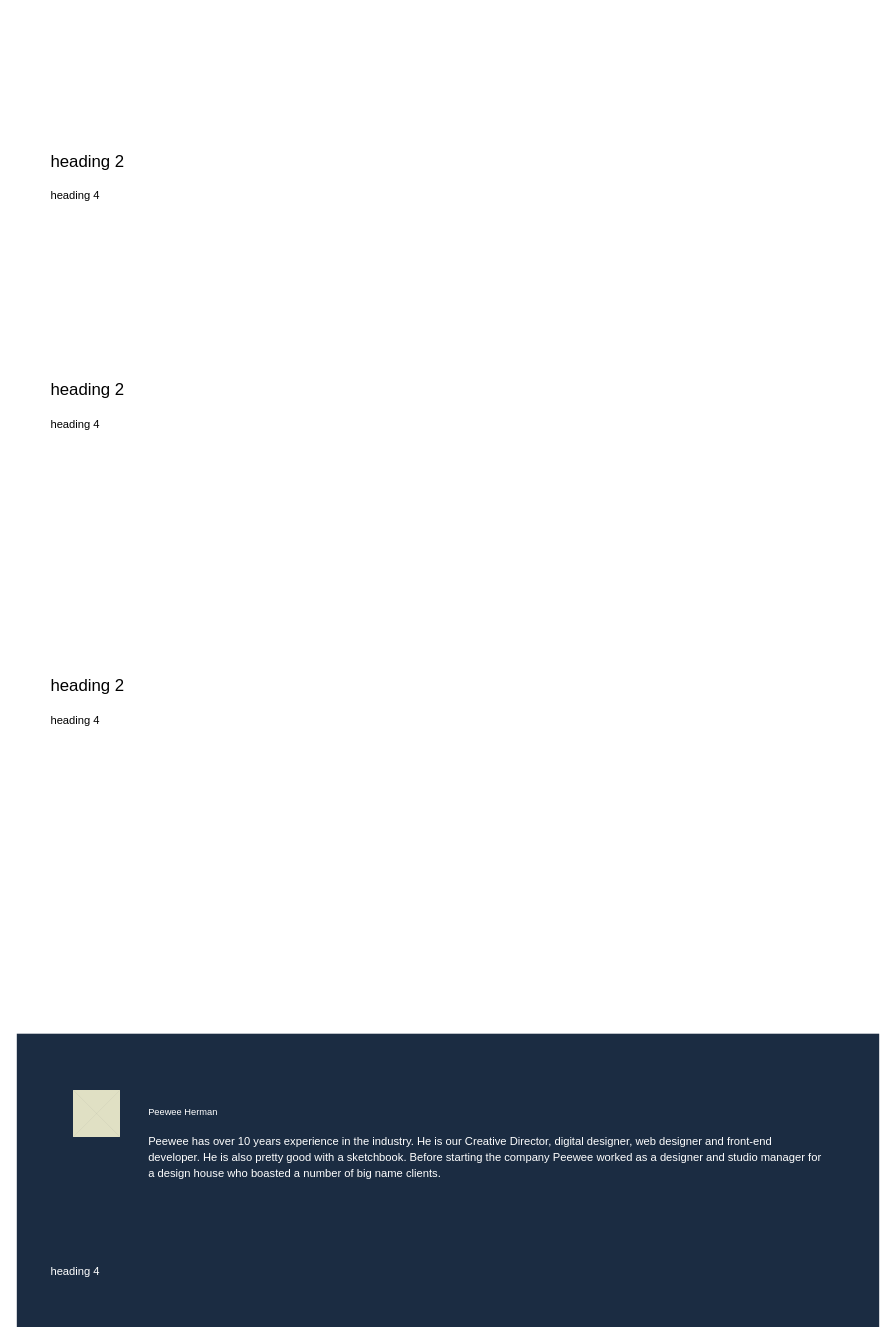
Repository: MonicaNguyenH/LAB-02A-Project1
Page: index.html
The author's editor kept a copy of each file at every save. The page is drawn from the files as they stood at one save, then again after the next save.
The browser window is 1280 px wide. The pictures show the part of the page from y = 804 to 2724 px (the page is 2724 px tall before and 2672 px after), at 70% of full size.

Above is the page before, as saved 2024-02-06 19:03:19.

### index.html
<!doctype html>
<html class="no-js" lang="EN">

    <head>
        <meta charset="utf-8">
        <meta name="viewport" content="width=device-width, initial-scale=1">
        <title>Jumi - Tina - Monica  LAB-02A</title>
        <link rel="stylesheet" href="css/style.css">
        <meta name="description" content="">

        <meta property="og:title" content="">
        <meta property="og:type" content="">
        <meta property="og:url" content="">
        <meta property="og:image" content="">

        <link rel="icon" href="/favicon.ico" sizes="any">
        <link rel="icon" href="/icon.svg" type="image/svg+xml">
        <link rel="apple-touch-icon" href="icon.png">

        <link rel="manifest" href="site.webmanifest">
        <meta name="theme-color" content="#fafafa">
    </head>
    <body>
            <div className="row">
                <header class="headerContainer">
                    <div class="navigationBar">
                        <div class="logo"></div>
                        <div class="menuContainer">
                            <div class="menuComponent"></div>
                            <div class="menuComponent"></div>
                            <div class="menuComponent"></div>
                            <div class="menuComponent"></div>
                            <div class="menuComponent"></div>
                    </div>
                    <div class="carouselContainer"></div>
            </header>
            <main class="mainContainer">
                <div class="headingContainer">
                    <h1 class="headingOne">heading 1</h1>
                </div>
                <!--can be called serviceContainer-->
                <div class="infoContainer">
                    <div class="infoTitle">
                        <h2 class="headingTwo">heading 2</h2> <!--section intro heading-->
                        <h4 class="headingFour">heading 4</h4> <!--section intro subheading-->
                    </div>
                    <!--can be called sectionItem-->
                    <div class="infoBox"></div>
                    <div class="infoBox"></div>
                    <div class="infoBox"></div>
                    <div class="infoBox"></div>
                </div>
                <div class="imageContainer">
                    <div class="imageTitle">
                        <h2 class="headingTwo">heading 2</h2>
                        <h4 class="headingFour">heading 4</h4>
                    </div>
                    <div class="imageBox"></div>
                    <div class="imageBox"></div>
                    <div class="imageBox"></div>
                </div>
                <div class="projectContainer">
                    <div class="projectTitle">
                        <h2 class="headingTwo">heading 2</h2>
                        <h4 class="headingFour">heading 4</h4>
                    </div>
                    <div class="projectBox"></div>
                    <div class="projectBox"></div>
                    <div class="projectBox"></div>
                    <div class="projectBox"></div>
                    <div class="projectBox"></div>
                </div>
                <div class="accordionContainer">
                    <div class="accordionTitle">
                        <h2 class="headingTwo">heading 2</h2>
                        <h4 class="headingFour">heading 4</h4>
                    </div>
                    <div class="accordionMenu"></div>
                    <div class="accordionTab"></div>
                </div>
                <div class="sponsorshipContainer ">
                    <div class="sponsor"></div>
                    <div class="sponsor"></div>
                    <div class="sponsor"></div>
                    <div class="sponsor"></div>
                    <div class="sponsor"></div>
                </div>
            </main>
            <footer class="footerContainer">
                <div class="row s-col-1 m-col-2 l-col-4">
                    <div class="col row-span">
                        <div class="grid s-col-2 m-col-2-1 l-col-2-1">
                            <div class="col">
                                <img src="img/placeholder.svg" alt="placeholder image"/>
                            </div>
                            <div class="col">
                                <h5 class="headingFive">Peewee Herman</h5>
                                <p>Peewee has over 10 years experience in the industry. He is our Creative Director, digital designer, web designer and front-end developer. He is also pretty good with a sketchbook. Before starting the company Peewee worked as a designer and studio manager for a design house who boasted a number of big name clients.</p>
                            </div>
                        </div>
                    </div>
                    <div class="footerBox">
                        <h4 class="headingFour">heading 4</h4>
                    </div>
                    <div class="footerBox"></div>
                    <div class="footerBox"></div>
                    <div class="footerBox"></div>
                </div>
            </footer>
        </div>
    </body>


</html>

<!--
    - BEM
    - use instead of articleContainer - article
    - aricleItem
    - carouselSlide
    - never number stuff
    - naming convention is to reuse them as much as possible
    - dry - dont repeat yourself
    - avoid using straight width - height

-->

### css/style.css
:root {
    font-size: 1em;
    line-height: 1.4;
    color: var(--black);
    font-family: Helvetica, sans-serif;

    --dark-blue: #1B2C42;
    --white: #fff;
    --black: black;
    --blue: #56CBF9;
    --green: #ACECA1;
    --yellow: #F5D491;
    --pink: #F17EA6;
 }

audio,
canvas,
iframe,
img,
svg,
video {
    vertical-align: middle;
}

fieldset {
    border: 0;
    margin: 0;
    padding: 0;
}

textarea {
    resize: vertical;
}

img {
    width: 100%;
}

h1,
h2,
h3,
h4,
h5,
h6 {
    font-family: Arial, Helvetica, sans-serif;
    font-weight: 300;
}

p {
    font-family: Arial, Helvetica, sans-serif;
}

div,
main,
section,
footer,
header {
    min-height: 1rem;
    padding: 1rem;
}

/**core layout**/
.row {
    display: grid;
    row-gap: 1rem;
    margin: auto;
}

.col {
    position: relative;
}

/********************STYLING********************/
.footerContainer {
    background-color: var(--dark-blue);
    color: var(--white);
}

.row-span {
    grid-column-start: 1;
    grid-column-end: -1;
}


.grid {
    display: grid;
    column-gap: 0.5rem;
    row-gap: 0.5rem;
}

/* Small only */
@media screen and (max-width: 39.9375em) {
    .row {
        margin: auto;
        max-width: 60rem;
        column-gap: 1.5rem;
        row-gap: 1.5rem;
    }

    .s-col-1 {
        grid-template-columns: 1fr;
    }

    .s-col-2 {
        grid-template-columns: 1fr 1fr;
    }

    .col-2 {
        grid-template-columns: 1fr 1fr;
    }


    p {
        font-size: 0.6em;
    }
}
/* Medium and up */
@media screen and (min-width: 40em) {
    .m-col-2 {
        grid-template-columns: 1fr 1fr;
    }

    .m-col-2-1 {
        grid-template-columns: 0.2fr 1fr;
    }

}
/* Medium only */
@media screen and (min-width: 40em) and
(max-width: 63.9375em) {

}
/* Large and up */
@media screen and (min-width: 64em) {
    .l-col-4 {
        grid-template-columns: repeat(4, 1fr);
    }

    .l-col-2-1 {
        grid-template-columns: 0.1fr 1fr;
    }
}
/* Large only */
@media screen and (min-width: 64em) and
(max-width: 74.9375em) {
}

After the next save:
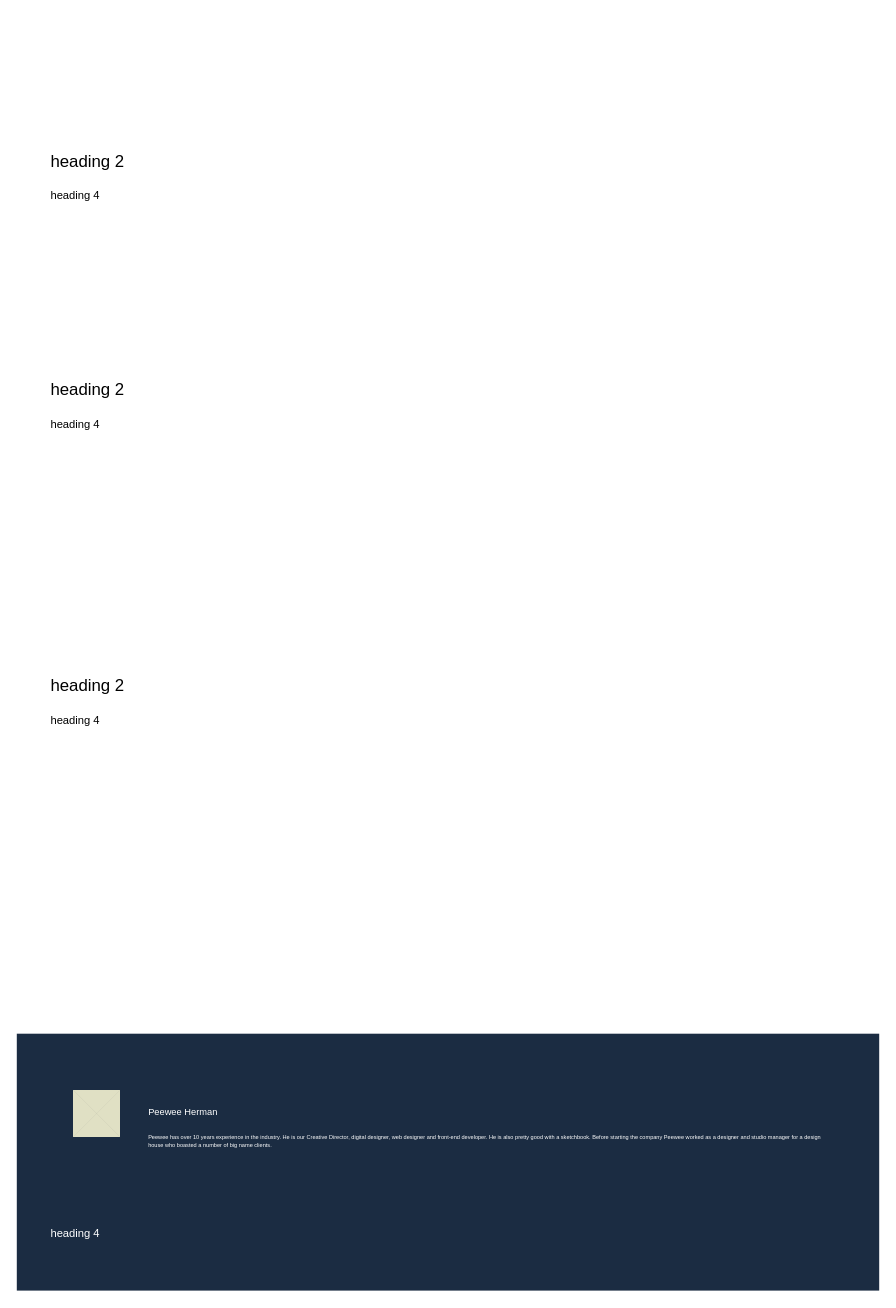
Saved 24 s later.
--- a/css/style.css
+++ b/css/style.css
@@ -124,6 +124,10 @@
         grid-template-columns: 0.2fr 1fr;
     }
 
+    p {
+        font-size: 0.5em;
+    }
+
 }
 /* Medium only */
 @media screen and (min-width: 40em) and

After the 2 saves that followed:
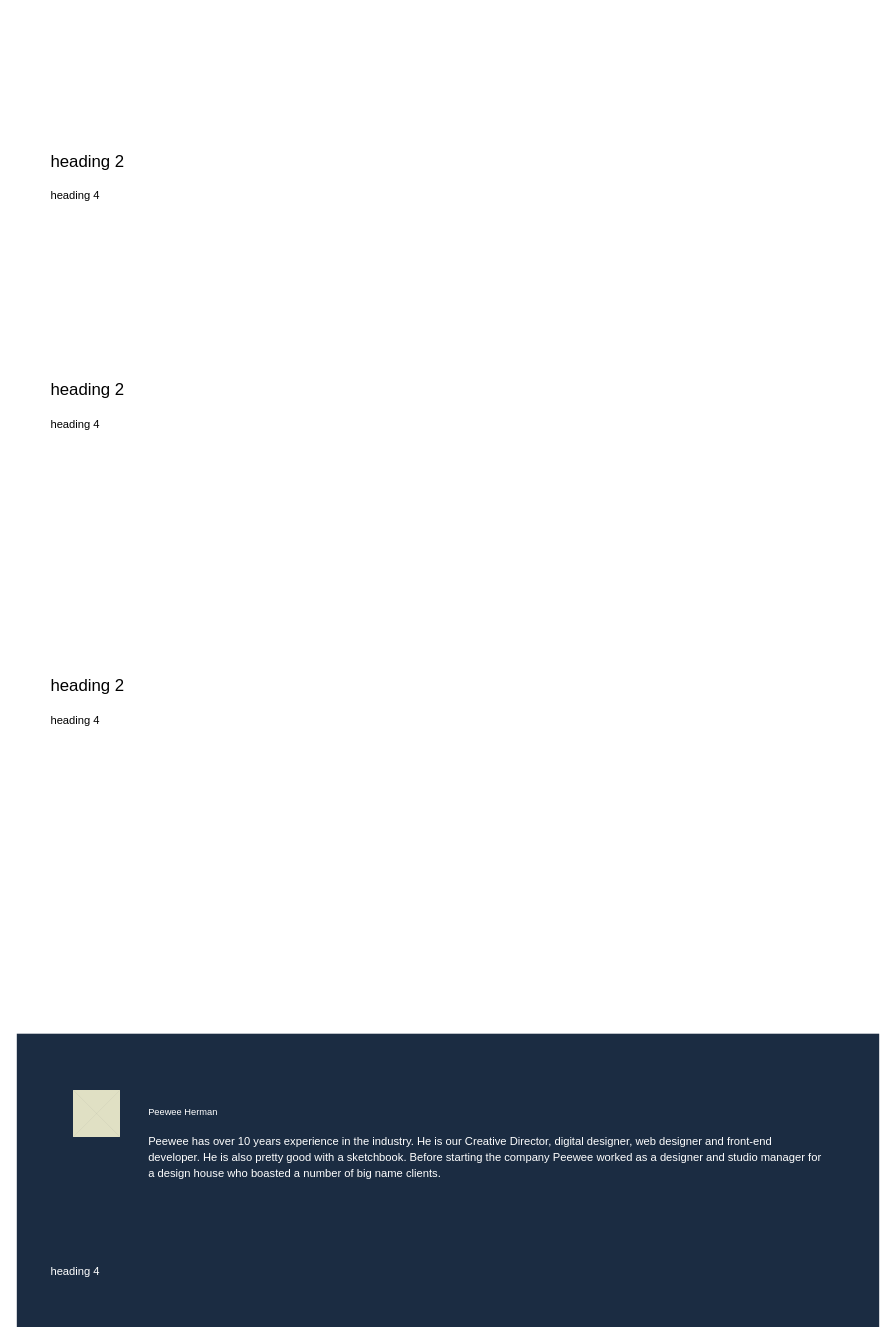
The 2 saves are shown as one change because 1 left the picture as it was.
The last was saved 68 s later.
--- a/css/style.css
+++ b/css/style.css
@@ -143,6 +143,10 @@
     .l-col-2-1 {
         grid-template-columns: 0.1fr 1fr;
     }
+
+    p {
+        font-size: 1em;
+    }
 }
 /* Large only */
 @media screen and (min-width: 64em) and
